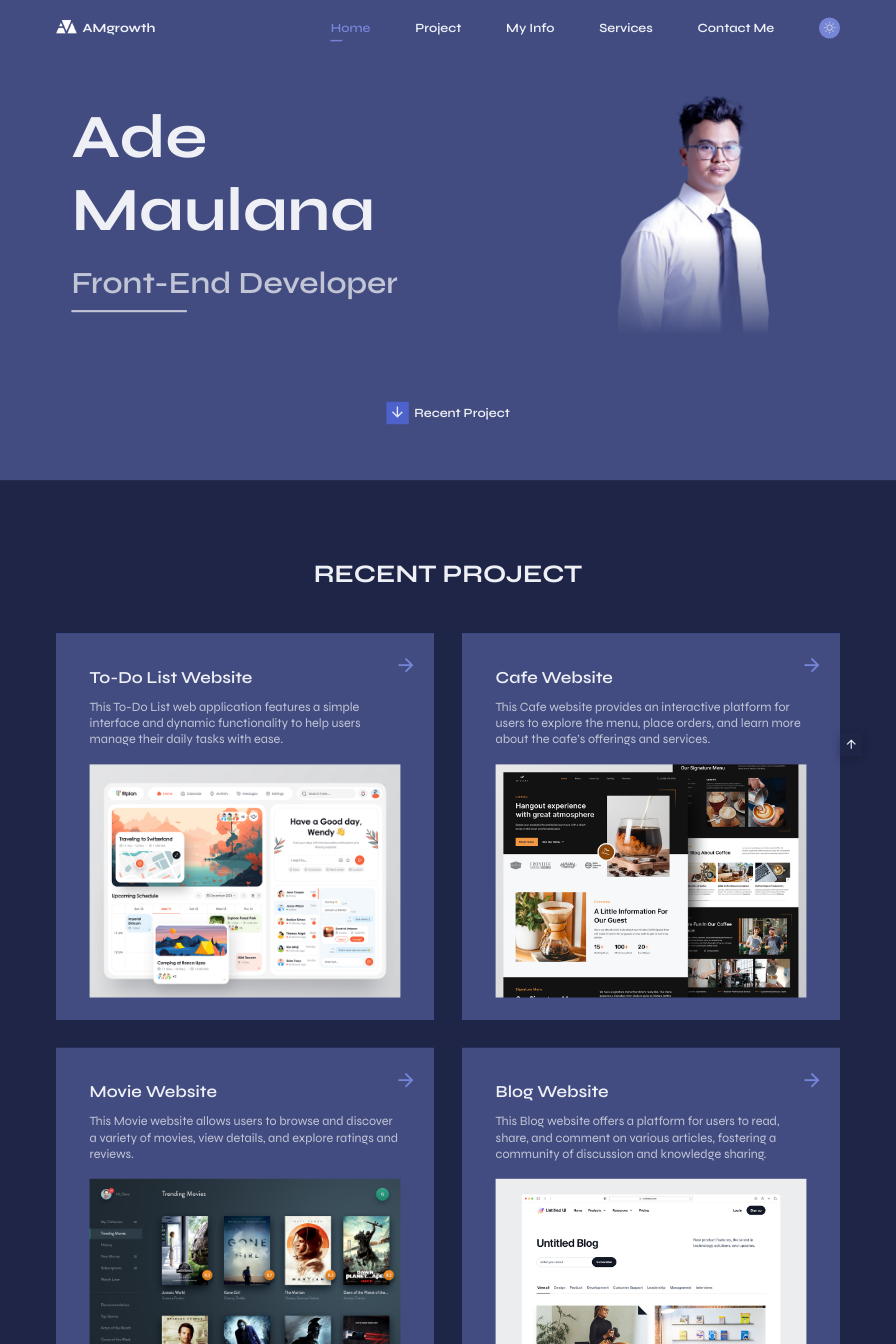
Repository: Ademaulana100499/amgrowth
Page: /
An editor plug-in stored every save of this project. The page is shown before and after a run of saves, followed by the edit.
The browser window is 1280 px wide. The pictures show the part of the page from y = 0 to 1920 px (the page is 6336 px tall before and 720 px after), at 70% of full size.
Some web fonts or font styles are not loaded; a fallback is used. The project was rebuilt for these pictures with package versions that can differ from the ones it lists, and the page was loaded fresh each time. Also part of the build but not shown: vite.config.js.

Above is the page before, as saved 2024-12-06 10:49:50.

After the next 3 saves:
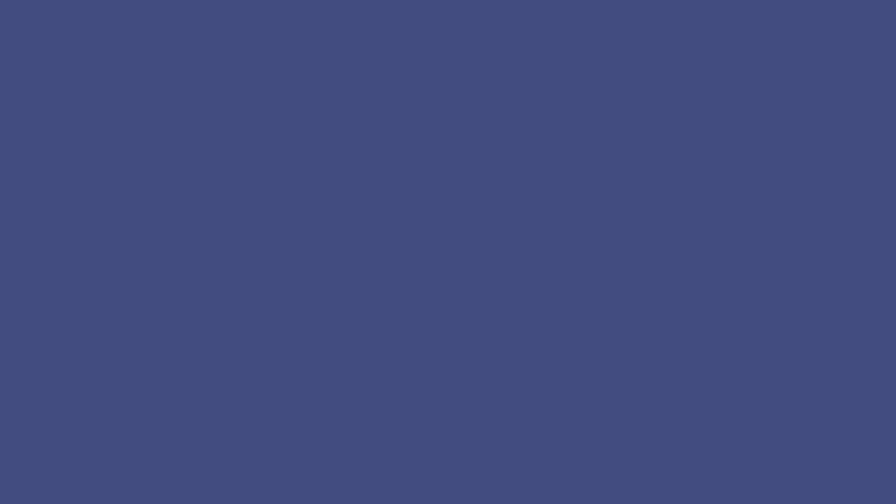
Console error: ReferenceError: ThemeSwitch is not defined
The 3 saves are shown as one change because 2 did not build or start.
The last was saved 2 min 16 s later.
--- a/src/components/Header/index.jsx
+++ b/src/components/Header/index.jsx
@@ -1,12 +1,12 @@
+import React, { useState, useEffect } from "react";
 import "./style.css";
-import React, { useState, useEffect } from "react";
-import { Theme } from "../Theme";
+import Theme from "../Theme";
+
 export const Header = (props) => {
   const { logo, navList } = props;
   const [logoSrc, setLogoSrc] = useState(logo.imageWhite);
   const [isMenuOpen, setIsMenuOpen] = useState(false);
   const [activeLink, setActiveLink] = useState("");
-  const [isLightMode, setIsLightMode] = useState(false);
 
   const toggleMenu = () => {
     setIsMenuOpen((prevState) => !prevState);
@@ -44,31 +44,6 @@
       window.removeEventListener("scroll", handleScroll);
     };
   }, []);
-
-  useEffect(() => {
-    const savedTheme = localStorage.getItem("lightmode");
-    if (savedTheme === "active") {
-      setIsLightMode(true);
-    } else {
-      setIsLightMode(false);
-    }
-  }, []);
-
-  useEffect(() => {
-    if (isLightMode) {
-      document.body.classList.add("lightmode");
-      localStorage.setItem("lightmode", "active");
-      setLogoSrc(logo.imageBlack);
-    } else {
-      document.body.classList.remove("lightmode");
-      localStorage.setItem("lightmode", null);
-      setLogoSrc(logo.imageWhite);
-    }
-  }, [isLightMode]);
-
-  const toggleTheme = () => {
-    setIsLightMode((prevMode) => !prevMode);
-  };
 
   return (
     <header className="header" id="header">
--- a/src/components/Theme/index.jsx
+++ b/src/components/Theme/index.jsx
@@ -1,7 +1,7 @@
-import "./style.css";
 import React, { useState, useEffect } from "react";
+import "./style.css"; // Tambahkan file CSS khusus jika diperlukan
 
-export const Theme = ({ setLogoSrc, logo }) => {
+const Theme = ({ logo, setLogoSrc }) => {
   const [isLightMode, setIsLightMode] = useState(false);
 
   useEffect(() => {
@@ -23,7 +23,7 @@
       localStorage.setItem("lightmode", null);
       setLogoSrc(logo.imageWhite);
     }
-  }, [isLightMode, setLogoSrc, logo]);
+  }, [isLightMode, logo.imageBlack, logo.imageWhite, setLogoSrc]);
 
   const toggleTheme = () => {
     setIsLightMode((prevMode) => !prevMode);
@@ -44,3 +44,5 @@
     </button>
   );
 };
+
+export default ThemeSwitch;

After the save that followed:
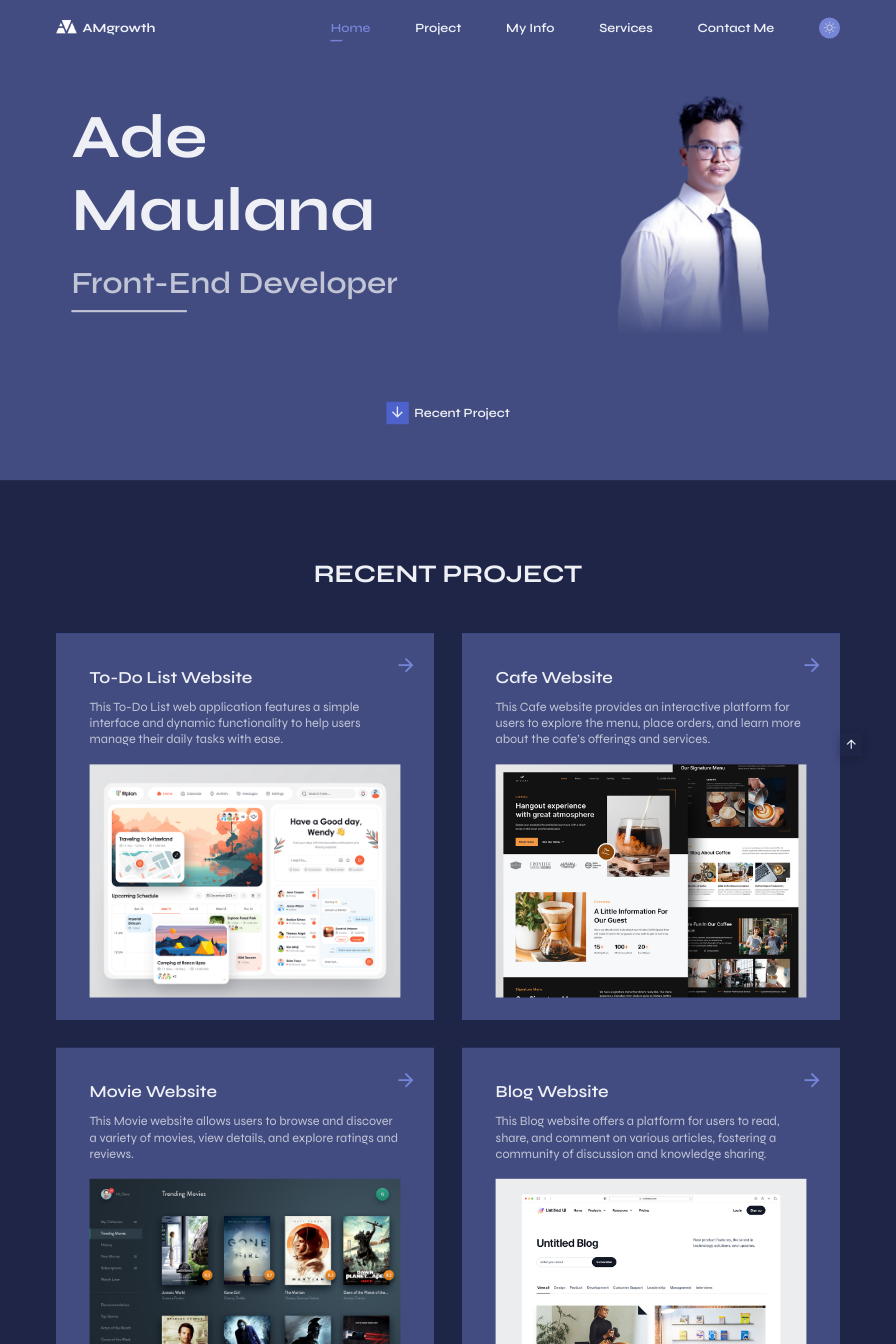
The error is gone.
Saved 41 s later.
--- a/src/components/Theme/index.jsx
+++ b/src/components/Theme/index.jsx
@@ -45,4 +45,4 @@
   );
 };
 
-export default ThemeSwitch;
+export default Theme;
